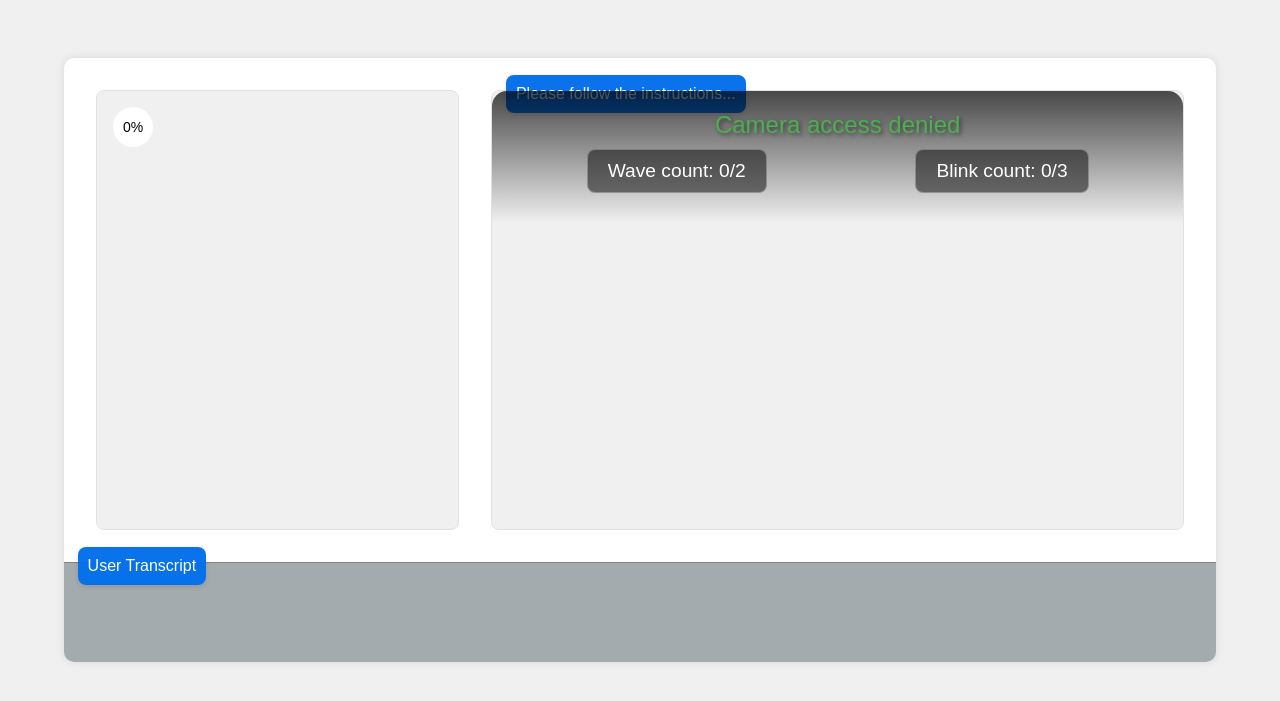
Repository: Ayaanns/E-kyc-BE-project
Page: http://localhost/
These files come from the project's save history. The page is drawn as it stood at one moment and after the next save; the edit follows.
The browser window is 1280 px wide. The pictures show the whole page.
The page is served by the project's application, run on Django 4.2 (manage.py). A made-up administrator, testuser (Test User, test@example.com), is signed in. Other server files are loaded and not shown.

Above is the page before, as saved 2025-03-02 02:13:40.

### templates/home.html
<!DOCTYPE html>
<html lang="en">
<head>
    {% load static %}
    <meta charset="UTF-8">
    <meta name="viewport" content="width=device-width, initial-scale=1.0">
    <link rel="stylesheet" href="{% static 'styles.css' %}">
    <style>
        .webcam-feed {
            position: relative;
            width: 100%;
            height: auto;
        }

        .webcam-feed video {
            width: 100%;
            height: auto;
            border-radius: 15px;
            object-fit: cover;
        }

        /* Overlay container for status indicators */
        .status-overlay {
            position: absolute;
            top: 0;
            left: 0;
            right: 0;
            z-index: 10;
            padding: 20px;
            background: linear-gradient(to bottom, rgba(0,0,0,0.7) 0%, transparent 100%);
            border-radius: 15px 15px 0 0;
        }

        .status-indicators {
            display: flex;
            justify-content: space-around;
            margin: 10px 0;
            font-size: 1.2em;
        }

        .status-box {
            background: rgba(0,0,0,0.5);
            padding: 10px 20px;
            border-radius: 8px;
            text-align: center;
            color: white;
            border: 1px solid rgba(255,255,255,0.3);
        }

        .verification-message {
            font-size: 1.5em;
            color: #4caf50;
            text-align: center;
            margin: 0 0 10px 0;
            text-shadow: 2px 2px 4px rgba(0,0,0,0.5);
        }

        .questions {
            position: absolute;
            /* bottom: 20px; */
            /* left: 0;
            right: 0; */
            text-align: center;
            color: white;
            background: rgba(4, 112, 236, 0.973);
            padding: 10px;
            margin: 0 20px;
            border-radius: 8px;
        }
    </style>
</head>
<body>
    <div class="container">
        <div class="content">
            <div class="result-feed">
                <div class="completion-circle" id="completion-circle">0%</div>
            </div>
            <div class="webcam-feed">
                <video id="webcam" autoplay></video>
                <div class="status-overlay">
                    <div class="verification-message" id="messageText">Starting verification...</div>
                    <div class="status-indicators">
                        <div class="status-box">
                            Wave count: <span id="waveCount">0</span>/2
                        </div>
                        <div class="status-box">
                            Blink count: <span id="blinkCount">0</span>/3
                        </div>
                    </div>
                </div>
                <canvas id="canvasElement" style="display:none;"></canvas>
                <div class="questions" id="questions">Please follow the instructions...</div>
            </div>
        </div>
        <div class="transcript-section">
            <span class="questions">User Transcript</span>
            <p id="transcript"></p>
        </div>
    </div>

    <script>
        // Existing initialization code
        const video = document.getElementById('webcam');
        const canvas = document.getElementById('canvasElement');
        const ctx = canvas.getContext('2d');
        let verificationComplete = false;

        // Initialize webcam with human verification
        async function initCamera() {
            try {
                const stream = await navigator.mediaDevices.getUserMedia({ video: true });
                video.srcObject = stream;
                startVerificationProcess();
            } catch (err) {
                console.error("Error accessing camera:", err);
                document.getElementById('messageText').textContent = "Camera access denied";
            }
        }

        // Process frames for verification
        function processFrame() {
            if (verificationComplete) return;

            if (video.readyState === video.HAVE_ENOUGH_DATA) {
                canvas.width = video.videoWidth;
                canvas.height = video.videoHeight;
                ctx.drawImage(video, 0, 0);

                const frameData = canvas.toDataURL('image/jpeg');

                // Update the fetch URL to match the Django URL pattern
                fetch('{% url "process_frame" %}', {
                    method: 'POST',
                    headers: {
                        'Content-Type': 'application/json',
                        'X-CSRFToken': getCookie('csrftoken')
                    },
                    body: JSON.stringify({
                        frame: frameData
                    })
                })
                .then(response => response.json())
                .then(data => {
                    updateVerificationUI(data);
                    if (!data.phase_complete) {
                        requestAnimationFrame(processFrame);
                    }
                })
                .catch(err => {
                    console.error("Error:", err);
                    requestAnimationFrame(processFrame);
                });
            } else {
                requestAnimationFrame(processFrame);
            }
        }

        // Update UI with verification status
        function updateVerificationUI(data) {
            document.getElementById('messageText').textContent = data.message;
            document.getElementById('waveCount').textContent = data.wave_count;
            document.getElementById('blinkCount').textContent = data.blink_count;

            // Calculate completion percentage
            const totalSteps = 5; // 2 waves + 3 blinks
            const completedSteps = data.wave_count + data.blink_count;
            const percentage = Math.round((completedSteps / totalSteps) * 100);
            updateProgressCircle(percentage);

            if (data.phase_complete) {
                verificationComplete = true;
                startNLPProcess();
            }
        }

        // Existing helper functions
        function updateProgressCircle(percentage) {
            const circle = document.getElementById('completion-circle');
            circle.textContent = percentage + '%';
            circle.style.background = `conic-gradient(#4caf50 ${percentage * 3.6}deg, #ddd ${percentage * 3.6}deg)`;
        }

        function updateTranscript(data) {
            const transcript = document.getElementById('transcript');
            transcript.textContent = `First Name: ${data.first_name}, Last Name: ${data.last_name}, Age: ${data.age}, Phone: ${data.phone}`;
        }

        function askQuestion(question) {
            const questionsDiv = document.getElementById('questions');
            questionsDiv.textContent = question;
        }

        function startVerificationProcess() {
            document.getElementById('messageText').textContent = "Wave your hand to begin";
            processFrame();
        }

        // Modified startNLPProcess
        function startNLPProcess() {
            document.getElementById('messageText').textContent = "Verification complete! Starting voice recognition...";
            fetch('/nlp_process/')
                .then(response => response.json())
                .then(data => {
                    if (data.status === 'success') {
                        updateTranscript(data);
                        askQuestion("NLP process complete.");
                    } else {
                        askQuestion("NLP process failed.");
                    }
                })
                .catch(error => console.error('Error:', error));
        }

        // Get CSRF token
        function getCookie(name) {
            let cookieValue = null;
            if (document.cookie && document.cookie !== '') {
                const cookies = document.cookie.split(';');
                for (let i = 0; i < cookies.length; i++) {
                    const cookie = cookies[i].trim();
                    if (cookie.substring(0, name.length + 1) === (name + '=')) {
                        cookieValue = decodeURIComponent(cookie.substring(name.length + 1));
                        break;
                    }
                }
            }
            return cookieValue;
        }

        // Start the process
        document.addEventListener('DOMContentLoaded', (event) => {
            initCamera();
        });
    </script>
</body>
</html>

### ekyc/models.py
from django.db import models
from django.contrib.auth.models import AbstractBaseUser, PermissionsMixin, BaseUserManager
from django.utils import timezone
import random

class CustomUserManager(BaseUserManager):
    def create_user(self, email, username, password=None, **extra_fields):
        if not email:
            raise ValueError("The Email field must be set")
        email = self.normalize_email(email)
        user = self.model(email=email, username=username, **extra_fields)
        user.set_password(password)
        user.save(using=self._db)
        return user

    def create_superuser(self, email, username, password=None, **extra_fields):
        #extra_fields.setdefault('is_staff', True)
        extra_fields.setdefault('is_superuser', True)

        # if not extra_fields.get('is_staff'):
        #     raise ValueError("Superuser must have is_staff=True.")
        if not extra_fields.get('is_superuser'):
            raise ValueError("Superuser must have is_superuser=True.")

        return self.create_user(email, username, password, **extra_fields)

class CustomUser(AbstractBaseUser, PermissionsMixin):
    email = models.EmailField(unique=True)
    username = models.CharField(max_length=150, unique=True)
    is_active = models.BooleanField(default=True)
    pin = models.CharField(max_length=6)
    created_at = models.DateTimeField(auto_now_add=True)
    expires_at = models.DateTimeField(default=timezone.now)
    is_verified = models.BooleanField(default=True)

    objects = CustomUserManager()

    USERNAME_FIELD = 'email'
    REQUIRED_FIELDS = ['username']

    def __str__(self):
        return self.email


    def generate_pin(self):
        self.pin = str(random.randint(100000, 999999))
        self.expires_at = timezone.now() + timezone.timedelta(minutes=2)
        self.save()
        return self.pin

    def verify_pin(self, entered_pin):
        if timezone.now() > self.expires_at:
            return False, "PIN has Expired!"

        if self.pin != entered_pin:
            return False, "Incorrect PIN!"

        self.is_verified = True
        self.save()
        return True, "Email Successfully Verified!"


#models for sending the code and receving the code.
# class SendCode(models.Model): #for sending the code
#     email = models.OneToOneField(CustomUser, null=True, on_delete=models.CASCADE)
#     send_code = models.CharField(max_length=20)
#
#     def __str__(self):
#         return self.send_code
#
# class ReceivedCode(models.Model): #for sending the code
#     email = models.OneToOneField(CustomUser, null=True, on_delete=models.CASCADE)
#     receive_code = models.CharField(max_length=20)
#
#     def __str__(self):
#         return self.receive_code

# Create your models here.
class KYCSession(models.Model):
    name = models.CharField(max_length=100)
    birth_date = models.DateField()
    id_card_image = models.ImageField(upload_to='id_cards/')
    liveness_score = models.FloatField()
    result = models.TextField()
    created_at = models.DateTimeField(auto_now_add=True)

    def __str__(self):
        return self.name

### ekyc/views.py
from django.shortcuts import render, redirect
from django.urls import reverse_lazy
from django.contrib.auth.decorators import login_required
from django.contrib.auth import login, authenticate, get_user_model
from django.contrib.messages.views import SuccessMessageMixin
from django.contrib.auth.views import LoginView
from django.contrib import messages
from django.core.mail import send_mail
from django.conf import settings
from django.http import JsonResponse
from django.views.decorators.csrf import csrf_exempt
import numpy as np
import cv2
import json
import base64

import threading

from .forms import CustomUserCreationForm, CustomAuthenticationForm, PinVerificationForm
from ekyc import logger
from .models import CustomUser
from .HumanV import HumanVerificationSystem
from .NLP import UserInfo, get_user_info
from .OCR import capture_image_with_guide, extract_text_with_confidence, extract_aadhar_details

User = get_user_model()

def send_verification_email(user):
    subject = "Email Verification PIN"
    message = f"""
    Hello {user.username},

    Your email verification PIN is: {user.pin}

    This PIN will expire in 24 hours.

    Thank you,
    Your Website Team
    """
    from_email = settings.DEFAULT_FROM_EMAIL
    recipient_list = [user.email]

    send_mail(subject, message, from_email, recipient_list)

@login_required
def ekyc_home(request):
    return render(request, 'home.html')

def signup_view(request):
    logger.info("into the signup page view")
    if request.method == 'POST':
        form = CustomUserCreationForm(request.POST)
        if form.is_valid():
            user = form.save(commit=False)
            user.is_active = True  # User needs to be active to log in
            user.is_verified = False  # But not verified yet
            user.generate_pin()
            user.save()

            # Send verification email
            send_verification_email(user)

            # Log in the user after signup
            raw_password = form.cleaned_data.get('password1')
            user = authenticate(email=user.email, password=raw_password)
            if user is not None:
                login(request, user)
                messages.success(request, f"Verification PIN sent to {user.email}.")
                return redirect('verify_pin')
    else:
        form = CustomUserCreationForm()
    return render(request, 'signup.html', {'form': form})

@login_required
def verify_pin(request):
    user = request.user

    if user.is_verified:
        messages.info(request, "Your email is already verified.")
        return redirect("ekyc_home")

    if request.method == "POST":
        form = PinVerificationForm(request.POST)
        if form.is_valid():
            entered_pin = form.cleaned_data.get('pin')
            success, message = user.verify_pin(entered_pin)

            if success:
                user.is_verified = True
                user.save()
                messages.success(request, message)
                return redirect('ekyc_home')
            else:
                messages.error(request, message)
    else:
        form = PinVerificationForm()

    return render(request, 'signup.html', {'form': form})

class Login(SuccessMessageMixin, LoginView):
    template_name = 'login.html'
    success_url = reverse_lazy('ekyc_home')
    success_message = "Successfully logged in!"
    form_class = CustomAuthenticationForm

    def get_success_url(self):
        return self.success_url

    def form_valid(self, form):
        """Security check complete. Log the user in."""
        user = form.get_user()
        if not user.is_verified:
            messages.error(self.request, "Please verify your email before logging in.")
            login(self.request, user)
            return redirect('verify_pin')
        return super().form_valid(form)

#--MAIN FEATURS HERE ---------------------------------
@login_required
def process_video(request):
    logger.info("INTO THE process_video PAGE RIGHT NOW!")
    if request.method == "POST":
        video_feed = request.FILES.get('video')
        liveness_score = 0.95
        return JsonResponse({'liveness_score': liveness_score})
    return JsonResponse({'error': 'invalide request'})


@login_required
def process_id_card(request):
    logger.info("INTO THE process_id_card PAGE RIGHT NOW!")
    if request.method == "POST":
        id_image = request.FILES.get('id_image')
        result = "Valid ID"
        return JsonResponse({'result': result})
    return JsonResponse({'error': 'invalide request'})

def home(request):
    return render(request, 'home.html')

@login_required
def human_verification(request):
    """Handle both GET (initial page load) and POST (frame processing) requests"""
    if request.method == 'GET':
        return render(request, 'human_verification.html')

    elif request.method == 'POST':
        try:
            data = json.loads(request.body)
            frame_data = data.get('frame')

            if not frame_data:
                return JsonResponse({
                    'status': 'error',
                    'message': 'No frame data provided'
                })

            # Process the frame using verifier
            frame_bytes = base64.b64decode(frame_data.split(',')[1])
            frame_arr = np.frombuffer(frame_bytes, np.uint8)
            frame = cv2.imdecode(frame_arr, cv2.IMREAD_COLOR)

            result = verifier.verify_frame(frame)
            return JsonResponse(result)

        except Exception as e:
            logger.error(f"Error in human verification: {str(e)}")
            return JsonResponse({
                'status': 'error',
                'message': str(e)
            })

    return JsonResponse({
        'status': 'error',
        'message': 'Invalid request method'
    })

def nlp_process(request):
    user_info = UserInfo()
    stop_event = threading.Event()
    info_thread = threading.Thread(target=get_user_info, args=(stop_event, user_info))
    info_thread.start()
    info_thread.join()
    return JsonResponse({
        'status': 'success',
        'first_name': user_info.first_name,
        'last_name': user_info.last_name,
        'age': user_info.age,
        'phone': user_info.phone
    })

def ocr_process(request):
    image_path = capture_image_with_guide()
    if not image_path:
        return JsonResponse({'status': 'failure', 'message': 'Image capture failed.'})

    text_results = extract_text_with_confidence(image_path)
    if not text_results:
        return JsonResponse({'status': 'failure', 'message': 'No text could be extracted from the image.'})

    details = extract_aadhar_details(text_results)
    return JsonResponse(details)

verifier = HumanVerificationSystem()

@csrf_exempt
def process_frame(request):
    if request.method != 'POST':
        return JsonResponse({'error': 'Only POST requests are allowed'})

    try:
        data = json.loads(request.body)
        frame_data = data.get('frame')

        if not frame_data:
            return JsonResponse({'error': 'No frame data provided'})

        # Convert base64 to frame
        frame_bytes = base64.b64decode(frame_data.split(',')[1])
        frame_arr = np.frombuffer(frame_bytes, np.uint8)
        frame = cv2.imdecode(frame_arr, cv2.IMREAD_COLOR)

        # Process frame
        result = verifier.verify_frame(frame)
        return JsonResponse(result)

    except Exception as e:
        return JsonResponse({'error': str(e)})

@csrf_exempt
def capture_photo(request):
    if request.method != 'POST':
        return JsonResponse({'error': 'Only POST requests are allowed'})

    try:
        data = json.loads(request.body)
        frame_data = data.get('frame')

        if not frame_data:
            return JsonResponse({'error': 'No frame data provided'})

        # Convert base64 to frame
        frame_bytes = base64.b64decode(frame_data.split(',')[1])
        frame_arr = np.frombuffer(frame_bytes, np.uint8)
        frame = cv2.imdecode(frame_arr, cv2.IMREAD_COLOR)

        # Save photo
        filename = verifier.save_photo(frame)
        if filename:
            return JsonResponse({'success': True, 'filename': filename})
        else:
            return JsonResponse({'error': 'Failed to save photo'})

    except Exception as e:
        return JsonResponse({'error': str(e)})

### ekyc_project/urls.py
"""
URL configuration for ekyc_project project.

The `urlpatterns` list routes URLs to views. For more information please see:
    https://docs.djangoproject.com/en/4.2/topics/http/urls/
Examples:
Function views
    1. Add an import:  from my_app import views
    2. Add a URL to urlpatterns:  path('', views.home, name='home')
Class-based views
    1. Add an import:  from other_app.views import Home
    2. Add a URL to urlpatterns:  path('', Home.as_view(), name='home')
Including another URLconf
    1. Import the include() function: from django.urls import include, path
    2. Add a URL to urlpatterns:  path('blog/', include('blog.urls'))
"""

from django.contrib import admin
from django.urls import path, include

urlpatterns = [
    path("admin/", admin.site.urls),
    path('', include('ekyc.urls')),  # Include ekyc app URLs
]

### ekyc/urls.py
from django.urls import path
from . import views

urlpatterns = [
    path('', views.ekyc_home, name="ekyc_home"),
    path('process_video/', views.process_video, name="process_video"),
    path('process_id_card/', views.process_id_card, name="process_id_card"),
    path('human_verification/', views.human_verification, name='human_verification'),
    path('nlp_process/', views.nlp_process, name='nlp_process'),
    path('ocr_process/', views.ocr_process, name='ocr_process'),
    path('process_frame/', views.process_frame, name='process_frame'),
    path('capture_photo/', views.capture_photo, name='capture_photo'),

    #login related routes
    path('login/', views.Login.as_view(), name="login"),
    path('signup/', views.signup_view, name="signup"),
    path('verify/', views.verify_pin, name="verify_pin"),
]

### ekyc/static/styles.css
* {
    margin: 0;
    padding: 0;
    box-sizing: border-box;
}

body {
    font-family: Arial, sans-serif;
    background-color: #f0f0f0;
    height: 100vh;
    display: flex;
    justify-content: center;
    align-items: center;
}

.container {
    width: 90%;
    max-width: 1200px;
    background: white;
    border-radius: 10px;
    box-shadow: 0 0 10px rgba(0,0,0,0.1);
    overflow: hidden;
}

.navbar {
    background: #f8f9fa;
    padding: 1rem;
    border-bottom: 1px solid #dee2e6;
}

.content {
    display: flex;
    padding: 2rem;
    gap: 2rem;
    height: 70vh;
}

.webcam-feed {
    flex: 2;
    background: #f0f0f0;
    border-radius: 8px;
    padding: 1rem;
    position: relative;
    border: 1px solid#dee2e6;
}

.result-feed {
    flex: 1;
    background: #f0f0f0;
    border-radius: 8px;
    padding: 1rem;
    border: 1px solid#dee2e6;
}

.questions {
    top: -1em;
    left: -.4em;
    position: absolute;
    background: white;
    padding: 0.5rem 1rem;
    border-radius: 20px;
    box-shadow: 0 2px 5px rgba(0,0,0,0.1);
}

.transcript-section {
    border-top: 1px solid gray;
    position: relative;
    text-align: left;
    background-color:#a3abaf;
    padding: 2em;
    height: 100px;
}

.completion-circle {
    right: 20px;
    bottom: 20px;
    width: 40px;
    height: 40px;
    border-radius: 50%;
    background: white;
    display: flex;
    align-items: center;
    justify-content: center;
    font-size: 14px;
}

/* Placeholder circles for demo */
/*
.circle {
    width: 100px;
    height: 100px;
    border-radius: 50%;
    border: 2px solid #dee2e6;
    margin: 20px auto;
}

.eye-shape {
    width: 200px;
    height: 100px;
    border-radius: 0 0 100px 100px;
    border: 2px solid #dee2e6;
    margin: 20px auto;
    transform: rotate(180deg);
}
*/

After the next save:
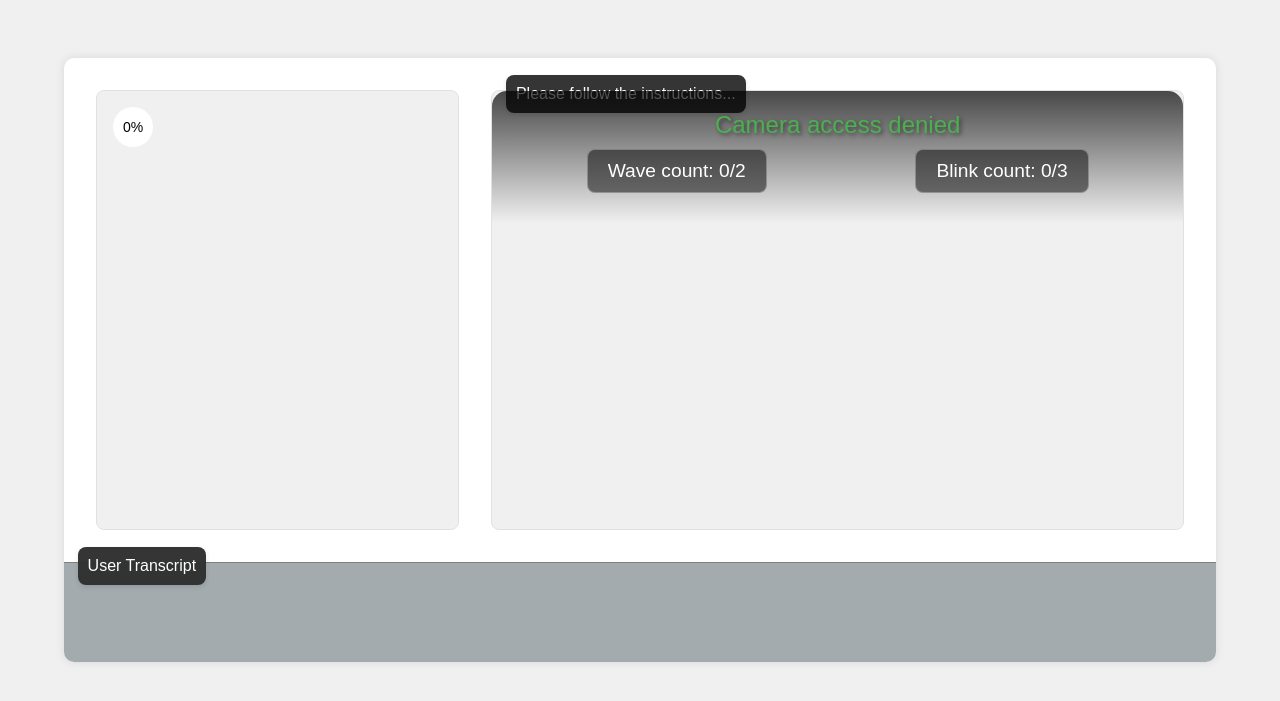
Saved 27 s later.
--- a/templates/home.html
+++ b/templates/home.html
@@ -62,7 +62,7 @@
             right: 0; */
             text-align: center;
             color: white;
-            background: rgba(4, 112, 236, 0.973);
+            background: rgba(48, 48, 48, 0.973);
             padding: 10px;
             margin: 0 20px;
             border-radius: 8px;
